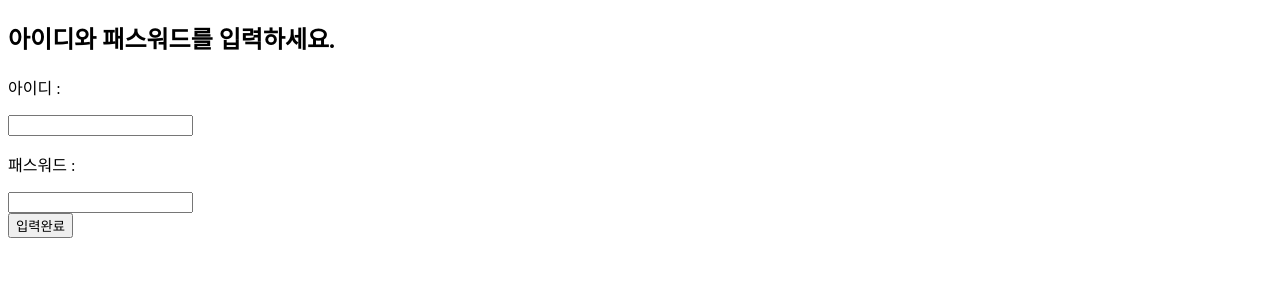
Repository: matodale/StudyJSP
Page: http://localhost/StudyJSP/ch06/examLoginTest.jsp
An editor plug-in stored every save of this project. The page is shown before and after the next save, followed by the edit.
The browser window is 1280 px wide. The pictures show the whole page.
The page is served by Tomcat 9.

Above is the page before, as saved 2022-12-21 06:40:56.

After the next save:
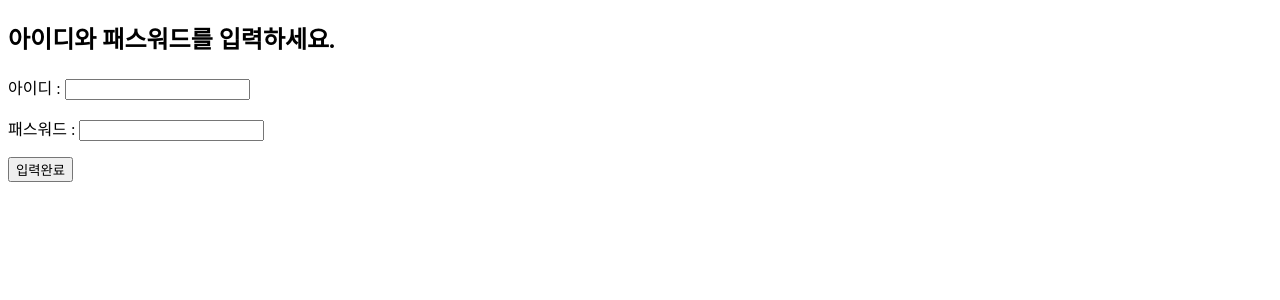
Saved 63 s later.
--- a/StudyJSP/src/main/webapp/ch06/examLoginTest.jsp
+++ b/StudyJSP/src/main/webapp/ch06/examLoginTest.jsp
@@ -9,8 +9,8 @@
 <body>
 <h2>아이디와 패스워드를 입력하세요.</h2>
 <form method="post" action="examLoginTestPro.jsp">
-<p>아이디 : </p> <input type="text" name="id"><br>
-<p>패스워드 : </p> <input type="password" name="passwd"><br>
+<p>아이디 : <input type="text" name="id"><br></p>
+<p>패스워드 : <input type="password" name="passwd"><br></p>
 <input type="submit" value="입력완료">
 </form>
 </body>
